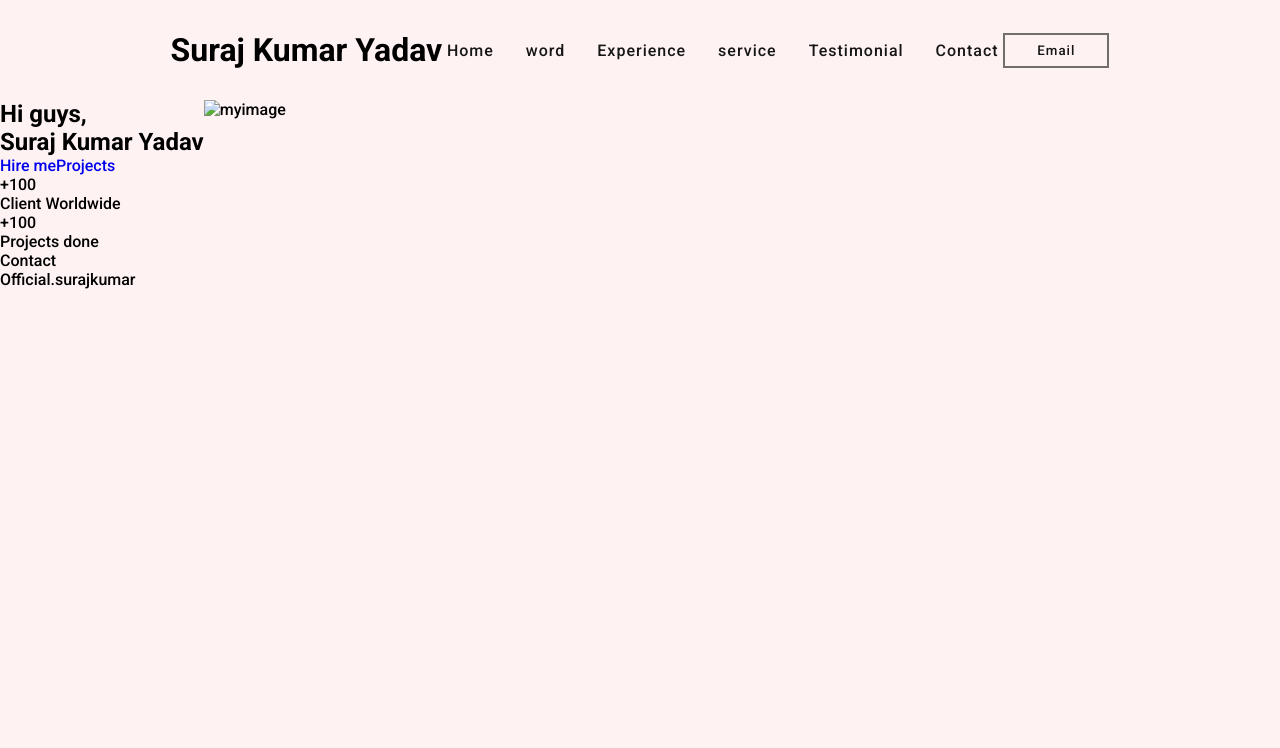
Repository: suraj-yadav7/portfolio-reactjs
Page: /
An editor plug-in stored every save of this project. The page is shown before and after the next save, followed by the edit.
The browser window is 1280 px wide. The pictures show the whole page.
The project was rebuilt for these pictures with package versions that can differ from the ones it lists, and the page was loaded fresh each time.

Above is the page before, as saved 2023-04-04 19:27:43.

After the next save:
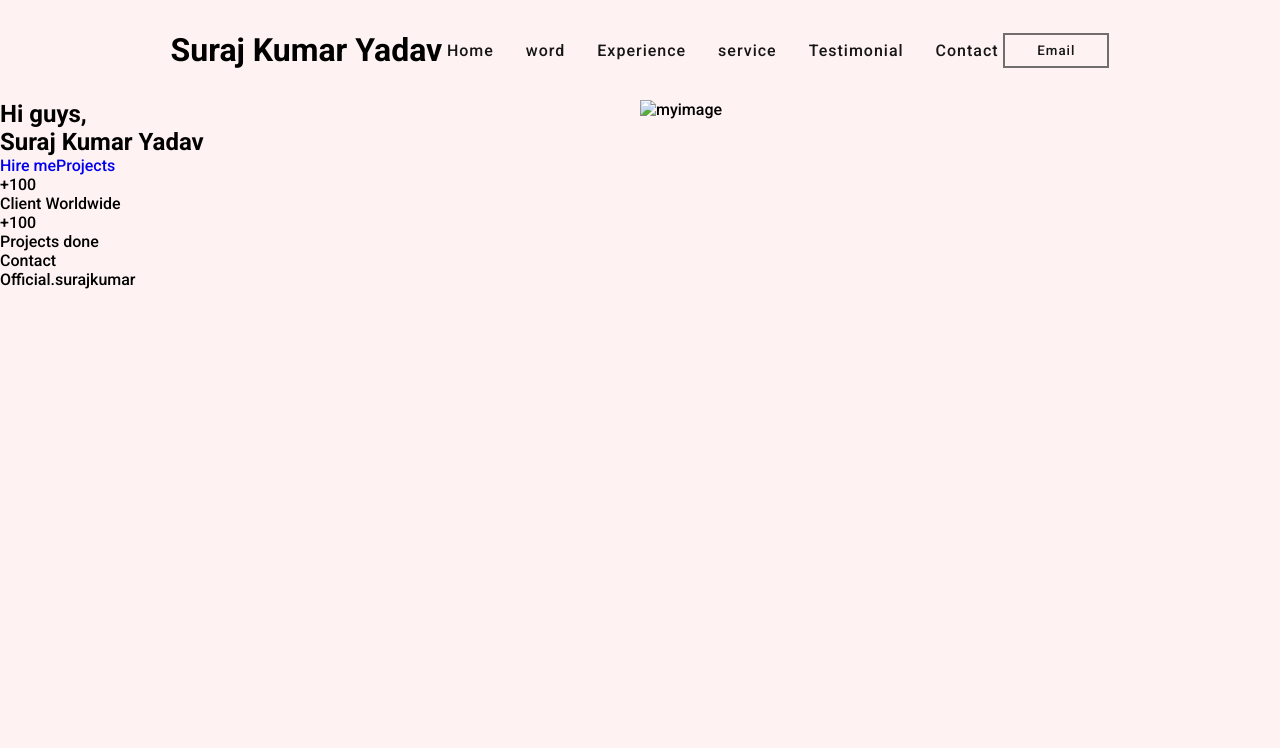
Saved 92 s later.
--- a/src/styles/home.scss
+++ b/src/styles/home.scss
@@ -3,4 +3,7 @@
     height:90vh;
     display: flex;
 
+    >section{
+        width:100%;
+    }
 }
